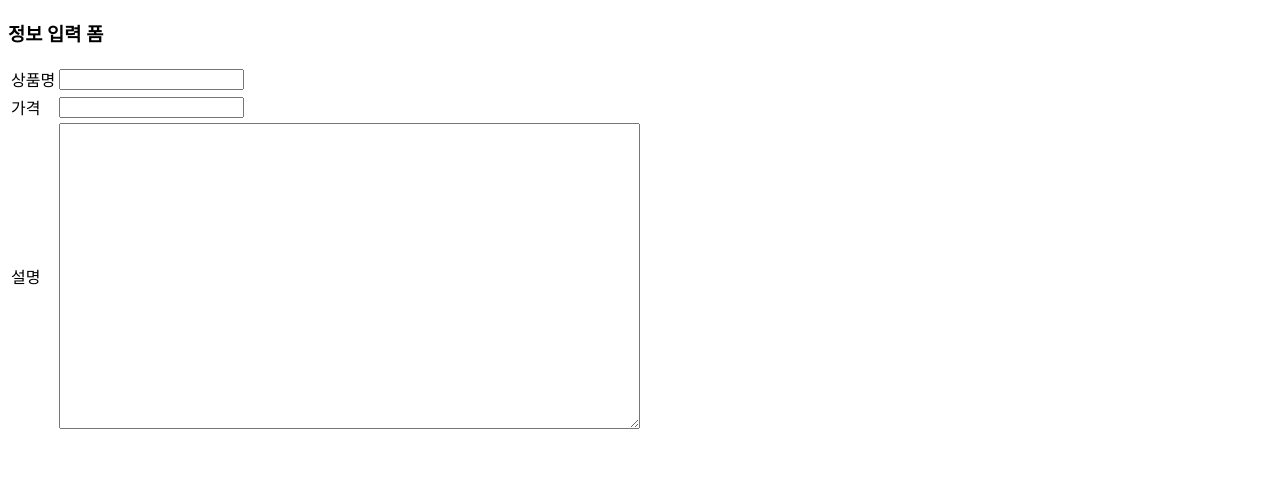
Repository: supremehappy/JSP_test02
Page: http://localhost/test/JSP_Test_06_2_itemWriteForm.jsp
The author's editor kept a copy of each file at every save. The page is drawn from the files as they stood at one save, then again after the next save.
The browser window is 1280 px wide. The pictures show the whole page.
The page is served by Tomcat 9.

Above is the page before, as saved 2017-07-17 07:37:16.

### test/WebContent/JSP_Test_06_2_itemWriteForm.jsp
<%@ page language="java" contentType="text/html; charset=UTF-8"
    pageEncoding="UTF-8"%>
<!DOCTYPE html PUBLIC "-//W3C//DTD HTML 4.01 Transitional//EN" "http://www.w3.org/TR/html4/loose.dtd">
<html>
<head>
<meta http-equiv="Content-Type" content="text/html; charset=UTF-8">
<title>Insert title here</title>
</head>
<body>
<h3>정보 입력 폼</h3>
<form method="JSP_Test_06_2_itemWrite.jsp" action="post">
	<table>
		<tr>
			<td>상품명		</td>
			<td><input type="text" name="name" size="20"></td>
		</tr>
		<tr>
			<td>가격		</td>
			<td><input type="text" name="price" size="20"></td>
		</tr>
		<tr>
			<td>설명		</td>
			<td><textarea rows="20" cols="70"></textarea></td>
		</tr>
	</table>
</form>
</body>
</html>

After the next save:
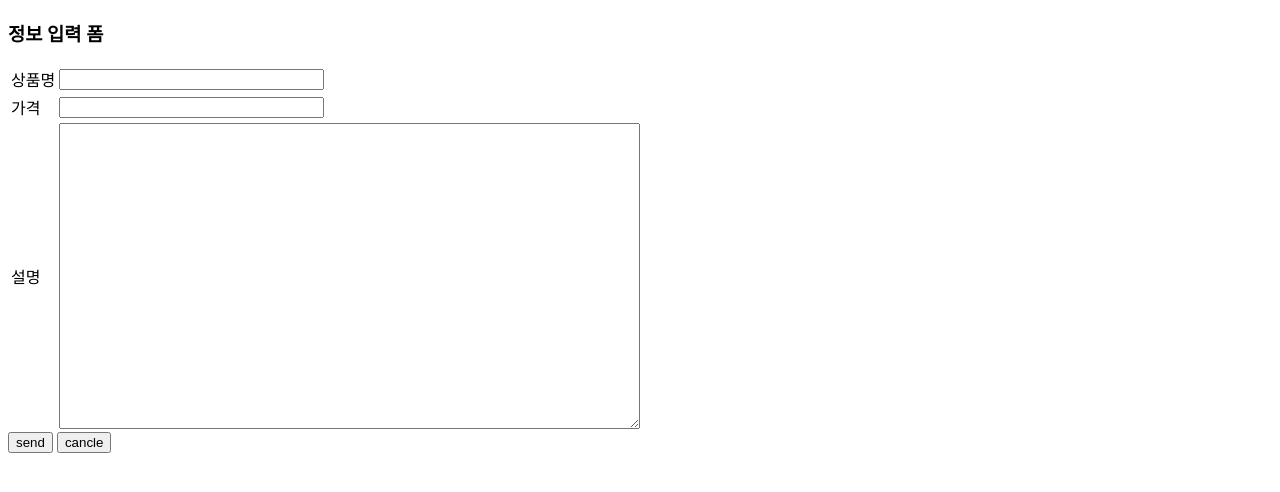
Saved 60 s later.
--- a/test/WebContent/JSP_Test_06_2_itemWriteForm.jsp
+++ b/test/WebContent/JSP_Test_06_2_itemWriteForm.jsp
@@ -12,17 +12,21 @@
 	<table>
 		<tr>
 			<td>상품명		</td>
-			<td><input type="text" name="name" size="20"></td>
+			<td><input type="text" name="name" size="30"></td>
 		</tr>
 		<tr>
 			<td>가격		</td>
-			<td><input type="text" name="price" size="20"></td>
+			<td><input type="text" name="price" size="30"></td>
 		</tr>
 		<tr>
 			<td>설명		</td>
 			<td><textarea rows="20" cols="70"></textarea></td>
 		</tr>
 	</table>
+	<div>
+		<input type="submit" value="send">
+		<input type="reset" value="cancle">
+	</div>
 </form>
 </body>
 </html>
